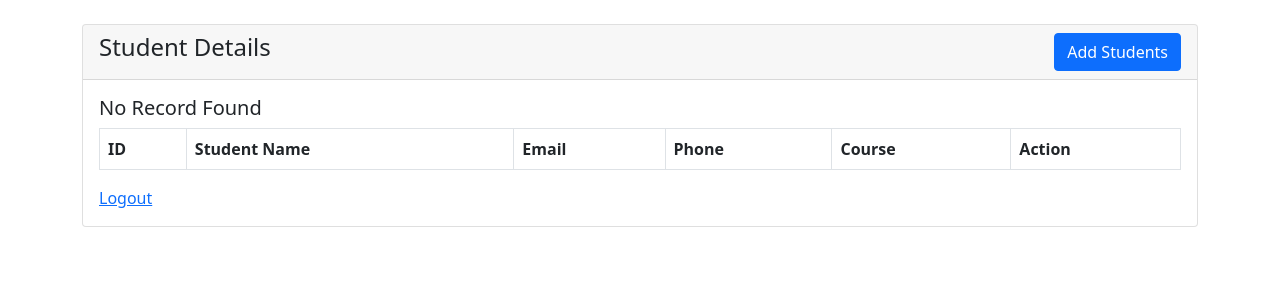
Repository: laurentbul/ApplicationEssai
Page: http://localhost/home.php
An editor plug-in stored every save of this project. The page is shown before and after the next save, followed by the edit.
The browser window is 1280 px wide. The pictures show the whole page.
The page is run by PHP 8.4 with error messages shown; the project is at /var/www/html/. Queries for data that is not in the repository find no rows.

Above is the page before, as saved 2023-04-13 06:56:26.

After the next save:
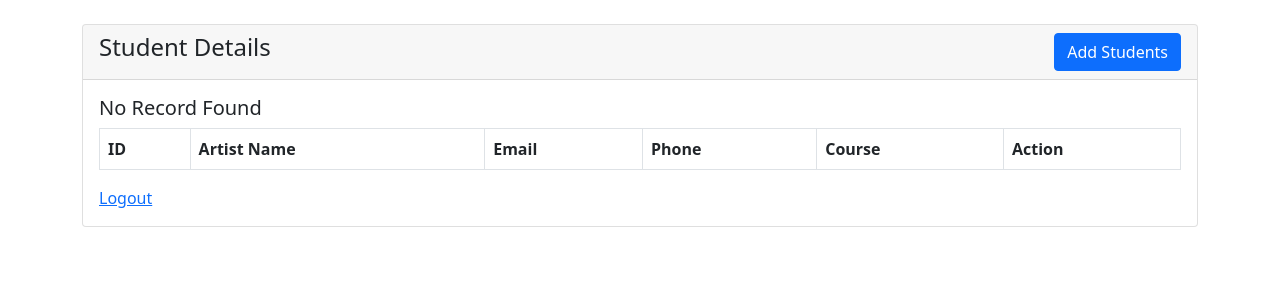
Saved 5 min 25 s later.
--- a/crud2/home.php
+++ b/crud2/home.php
@@ -34,7 +34,7 @@
                             <thead>
                                 <tr>
                                     <th>ID</th>
-                                    <th>Student Name</th>
+                                    <th>Artist Name</th>
                                     <th>Email</th>
                                     <th>Phone</th>
                                     <th>Course</th>
